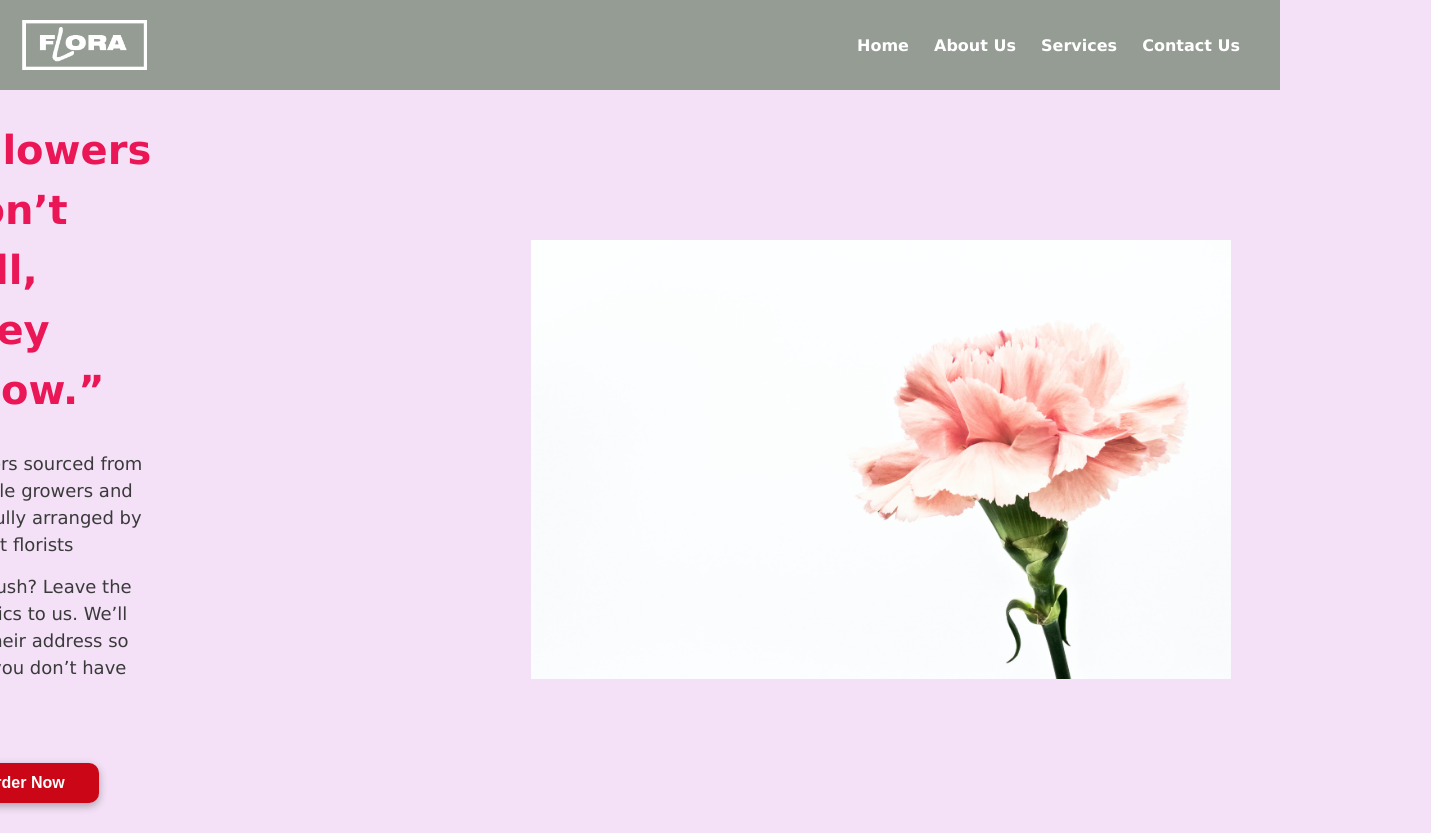
Repository: SaadYasin/test003-flex-box
Page: index.html
These files come from the project's save history. The page is drawn as it stood at one moment and after the next save; the edit follows.
The browser window is 1280 px wide. The page is 1431 px wide, so the pictures cover 1431 px, including what lies to the right of the window. The pictures show the whole page.

Above is the page before, as saved 2022-10-30 12:55:19.

### index.html
<!DOCTYPE html>
<html lang="en">
<head>
  <meta charset="UTF-8">
  <meta http-equiv="X-UA-Compatible" content="IE=edge">
  <meta name="viewport" content="width=device-width, initial-scale=1.0">
  <title>Business Assistant</title>

  <link rel="stylesheet" href="styles.css">
</head>
<body>
  <header>
    <div class="header-container">
      <!-- <h1 class="logo">Flora</h1> -->
      <img src="./images/flora-icon.png" alt="">
      <nav>
        <ul>
          <li><a href="#">Home</a></li>
          <li><a href="#">About Us</a></li>
          <li><a href="#">Services</a></li>
          <li><a href="#">Contact Us</a></li>
        </ul>
      </nav>
    </div>
  </header>
  <section class="hero-section">
    <div class="hero-text">
      <h1 class="hero-title">“Flowers don’t tell, they show.”</h1>
      <p class="hero-paragraph">Flowers sourced from reliable growers and carefully arranged by expert florists</p>
      <p class="hero-paragraph">In a rush? Leave the logistics to us. We’ll get their address so that you don’t have to.</p>
      <button type="button" class="coa-btn">Order Now</button>
    </div>
    <div><img src="./images/alesia_flower.jpg" alt="" class="hero-img"></div>
  </section>
</body>
</html>

### styles.css
* {
  padding: 0;
  margin: 0;
  box-sizing: border-box;
}

body {
  background: rgb(244, 225, 247);
  font-family: Verdana, Geneva, Tahoma, sans-serif;
}

header {
  /* width: 90%;
  margin: 0 auto; */
  background: rgba(86, 110, 84, 0.6);
}

.header-container {
  display: flex;
  justify-content: space-between;
  align-items: center;
  /* width: 90%; */
  /* background: rgba(86, 110, 84, 0.6); */
  height: 90px;
  padding: 20px;

}

.logo {
  font-size: 35px;
  font-weight: bolder;
  color: white;
  font-style: italic;
  text-shadow: 0 5px 5px rgb(27, 27, 27);
  margin-left: 60px;
}

img {
  width: 130px;
}

nav ul li {
  display: inline-block;
}

nav ul li a {
  text-decoration: none;
  margin-right: 20px;
  font-weight: bold;
  color: white;
}

nav ul li a:hover {
  text-decoration: underline;
  color: rgb(238, 139, 169);
}

.hero-section {
  /* background-image: url(/images/bg-img-small.jpg);
  background-repeat: no-repeat;
  background-size: cover;
  height: 850px; */
  display: flex;
  /* flex-wrap: wrap; */
  justify-content: center;
  align-items: center;
  padding: 30px;
  gap: 80px;

}

.hero-text {
  display: flex;
  flex-direction: column;
  flex-basis: 100%;
  flex-shrink: 1;
  flex-grow: 1;
  max-width: 70%;
  padding: 0 100px;
}

.hero-img {
  width: 700px;
  margin: 100px 200px;
  flex-grow: 1;
  flex-shrink: 1;
  flex-basis: 100%;
}

.hero-title {
  font-size: 40px;
  font-weight: bold;
  line-height: 1.5;
  color: rgb(235, 22, 86);
  margin-bottom: 30px;
}

.hero-text p {
  font-size: 18px;
  line-height: 1.5;
  color: #3a3a3a;
  margin-bottom: 15px;
}

.coa-btn {
  display: inline-block;
  background-color: rgb(202, 6, 23);
  font-size: 1rem;
  font-weight: bold;;
  color: white;
  width: 150px;
  height: 40px;
  border: none;
  outline: none;
  box-shadow: 0 3px 8px rgba(0, 0, 0, 0.3);
  border-radius: 10px;
  padding: 10px 20px;
  margin-top: 40px;
}

After the next save:
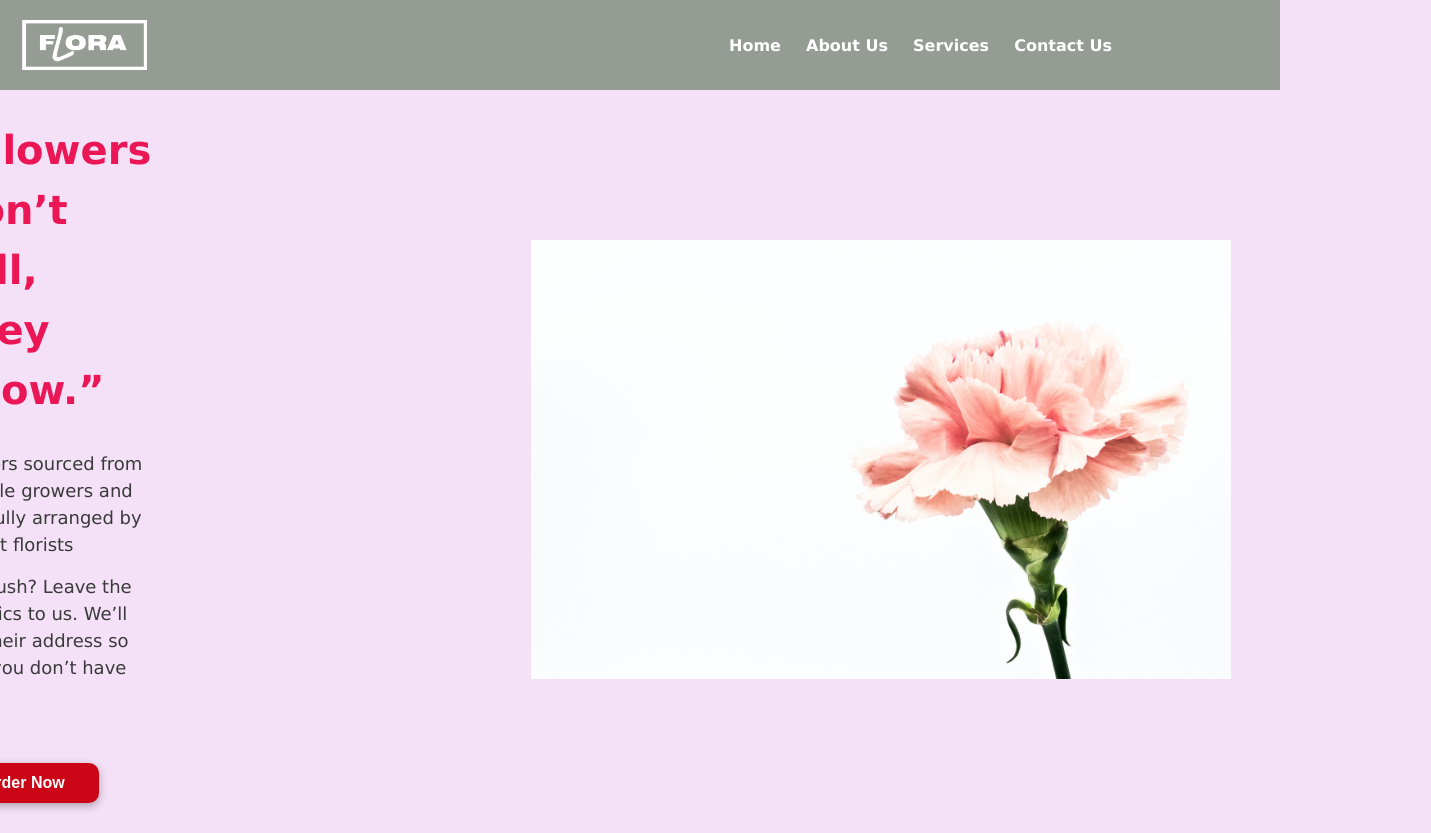
Saved 6 s later.
--- a/styles.css
+++ b/styles.css
@@ -19,7 +19,7 @@ header {
   display: flex;
   justify-content: space-between;
   align-items: center;
-  /* width: 90%; */
+  width: 90%;
   /* background: rgba(86, 110, 84, 0.6); */
   height: 90px;
   padding: 20px;
